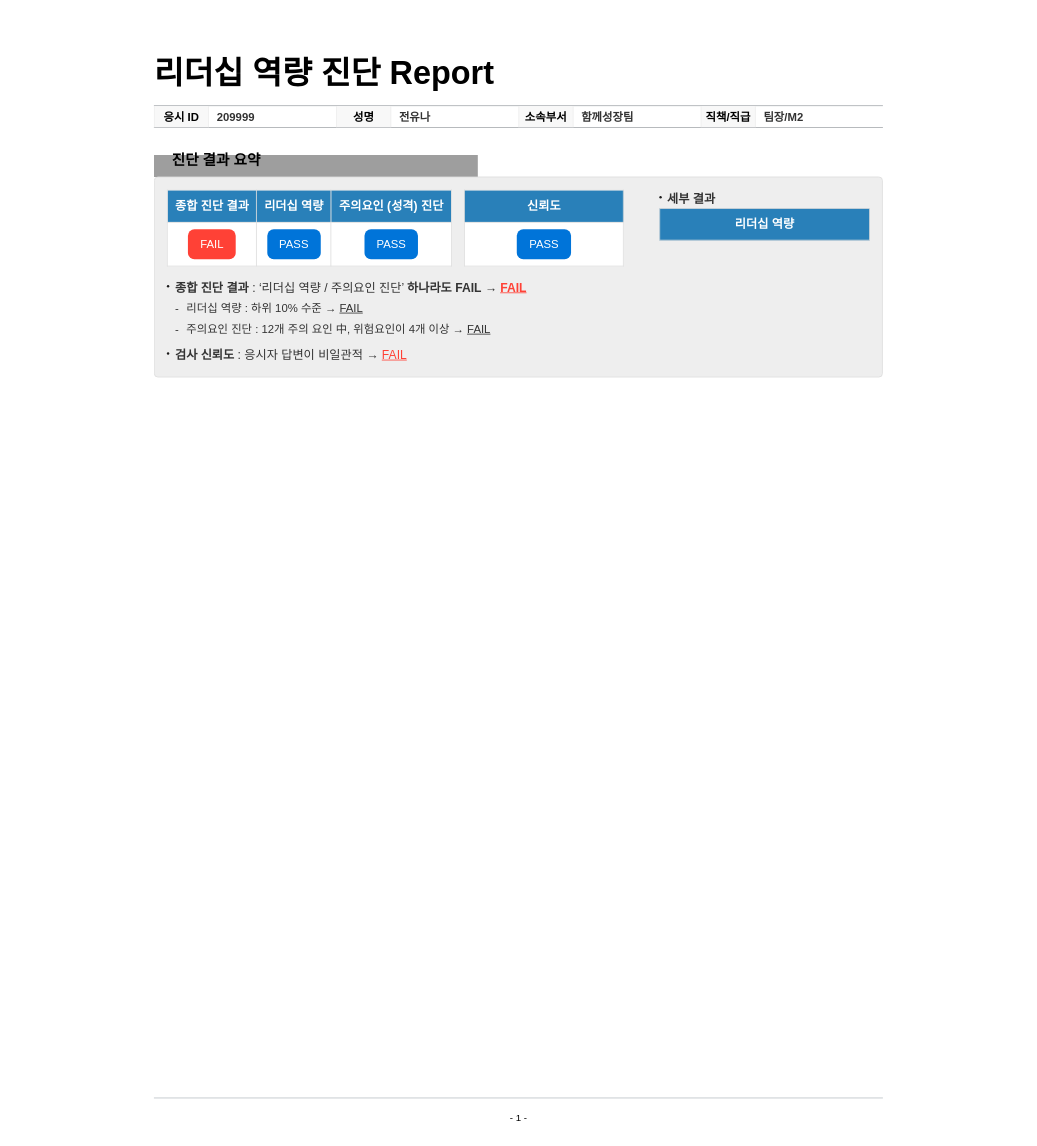
Repository: richosj/report
Page: index.html
An editor plug-in stored every save of this project. The page is shown before and after the next save, followed by the edit.
The browser window is 1280 px wide. The pictures show the whole page, at 81% of full size.
Pictures or frames that could not be fetched are drawn as grey boxes. Some web fonts or font styles are not loaded; a fallback is used. The style sheet was rebuilt from its Sass, Less or Tailwind sources for each picture, by a compiler version that may differ from the author's.

Above is the page before, as saved 2024-09-21 22:09:10.

After the next save:
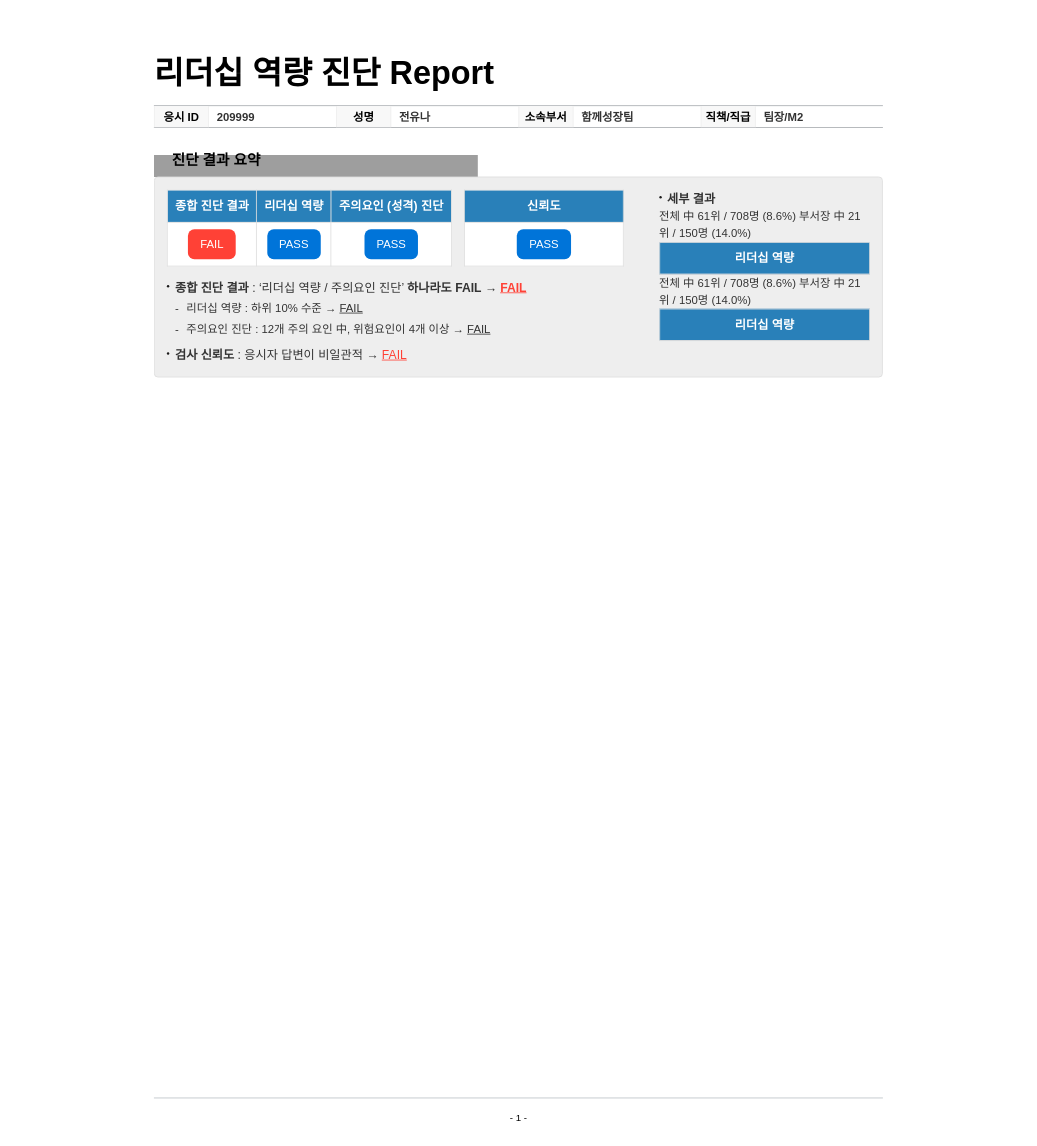
Saved 40 s later.
--- a/index.html
+++ b/index.html
@@ -101,6 +101,26 @@
                                         <th>리더십 역량</th>
                                     </tr>
                                 </thead>
+                                <tbody>
+                                    <tr>
+                                        전체 中 61위 / 708명 (8.6%)
+                                        부서장 中 21위 / 150명 (14.0%)
+                                    </tr>
+                                </tbody>
+                            </table>
+
+                            <table class="simple-table mt-10">
+                                <thead>
+                                    <tr>
+                                        <th>리더십 역량</th>
+                                    </tr>
+                                </thead>
+                                <tbody>
+                                    <tr>
+                                        전체 中 61위 / 708명 (8.6%)
+                                        부서장 中 21위 / 150명 (14.0%)
+                                    </tr>
+                                </tbody>
                             </table>
                         </div>
                     </div>
